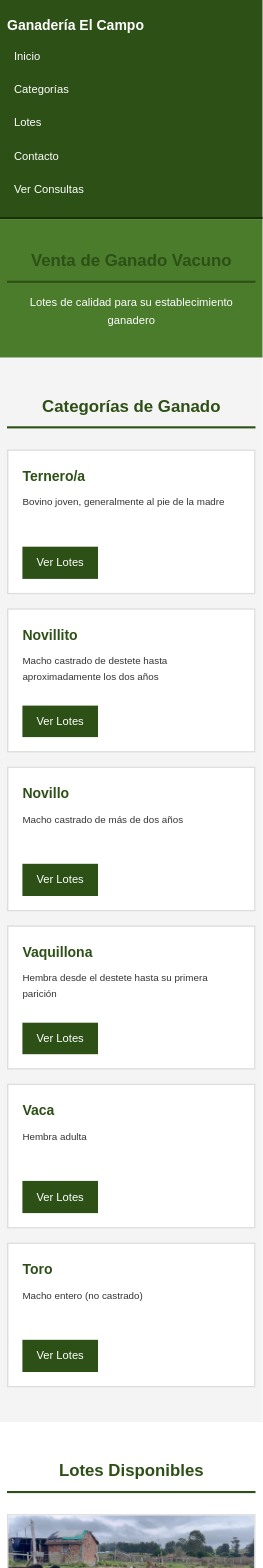
Repository: danich16yt/emiliochaparro_2022100134
Page: http://localhost/
The author's editor kept a copy of each file at every save. The page is drawn from the files as they stood at one save, then again after the next save.
The browser window is 375 px wide. The pictures show the part of the page from y = 0 to 2240 px (the page is 6782 px tall before and 6826 px after), at 70% of full size.
The page is served by the project's application, run on Flask 3 (Tema2/app.py).

Above is the page before, as saved 2025-12-02 20:06:18.

After the next save:
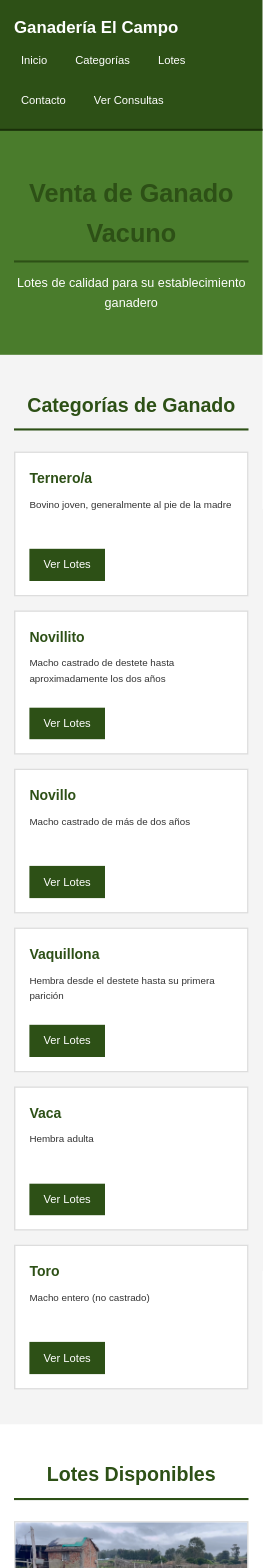
Saved 7 s later.
--- a/Tema2/static/styles.css
+++ b/Tema2/static/styles.css
@@ -428,73 +428,3 @@ footer {
 .tabla-consultas tbody tr:nth-child(even) {
     background-color: #f9f9f9;
 }
-
-@media (max-width: 768px) {
-    .layout-categoria {
-        grid-template-columns: 1fr;
-    }
-
-    .sidebar {
-        order: -1;
-    }
-
-    header nav {
-        flex-direction: column;
-        gap: 10px;
-    }
-
-    .footer-content {
-        grid-template-columns: 1fr;
-    }
-
-    .hero h2 {
-        font-size: 28px;
-    }
-
-    .hero p {
-        font-size: 16px;
-    }
-
-    section h2 {
-        font-size: 24px;
-    }
-
-    .grid-categorias {
-        grid-template-columns: 1fr;
-    }
-
-    .grid-lotes {
-        grid-template-columns: 1fr;
-    }
-
-    .tabla-consultas {
-        font-size: 12px;
-    }
-
-    .tabla-consultas th,
-    .tabla-consultas td {
-        padding: 8px 4px;
-    }
-}
-
-@media (max-width: 480px) {
-    .container {
-        padding: 0 10px;
-    }
-
-    header h1 {
-        font-size: 20px;
-    }
-
-    .hero {
-        padding: 40px 0;
-    }
-
-    .hero h2 {
-        font-size: 24px;
-    }
-
-    form {
-        padding: 20px;
-    }
-}
